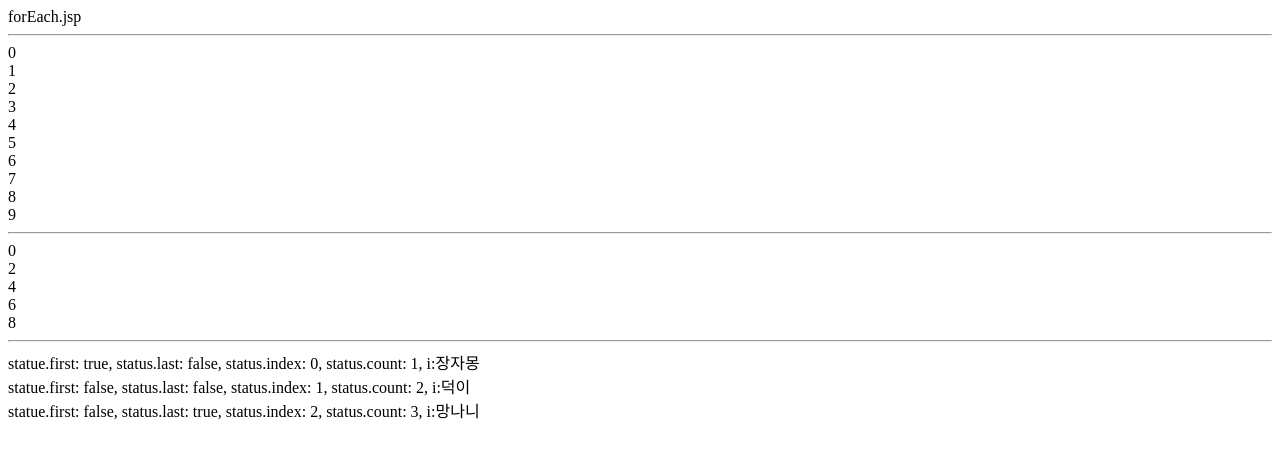
Repository: cartoon1110/KosaSwCourse
Page: http://localhost/JSPprogramming/ch11/forEach.jsp
These files come from the project's save history. The page is drawn as it stood at one moment and after the next save; the edit follows.
The browser window is 1280 px wide. The pictures show the whole page.
The page is served by Tomcat 9.

Above is the page before, as saved 2015-08-29 08:15:00.

After the next save:
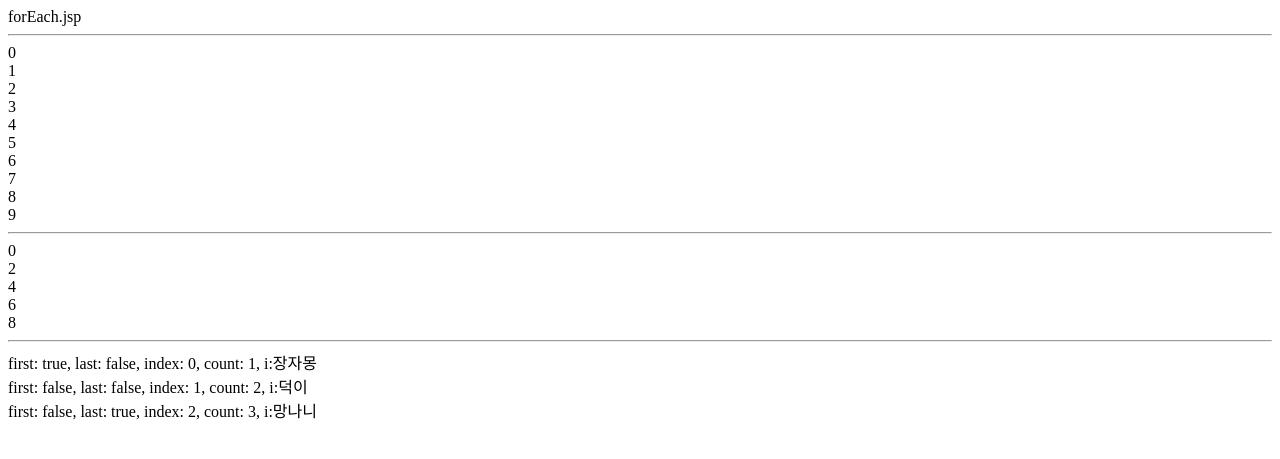
Saved 51 s later.
--- a/workspace-web/JSPprogramming/WebContent/ch11/forEach.jsp
+++ b/workspace-web/JSPprogramming/WebContent/ch11/forEach.jsp
@@ -35,10 +35,10 @@
 		%>
 
 		<c:forEach var="i" items="${names}" varStatus="status">
-			statue.first: ${status.first },
-			status.last: ${status.last },
-			status.index: ${status.index},
-			status.count: ${status.count},
+			first: ${status.first},
+			last: ${status.last },
+			index: ${status.index},
+			count: ${status.count},
 			i:${i} <br/>
 		</c:forEach>
 
